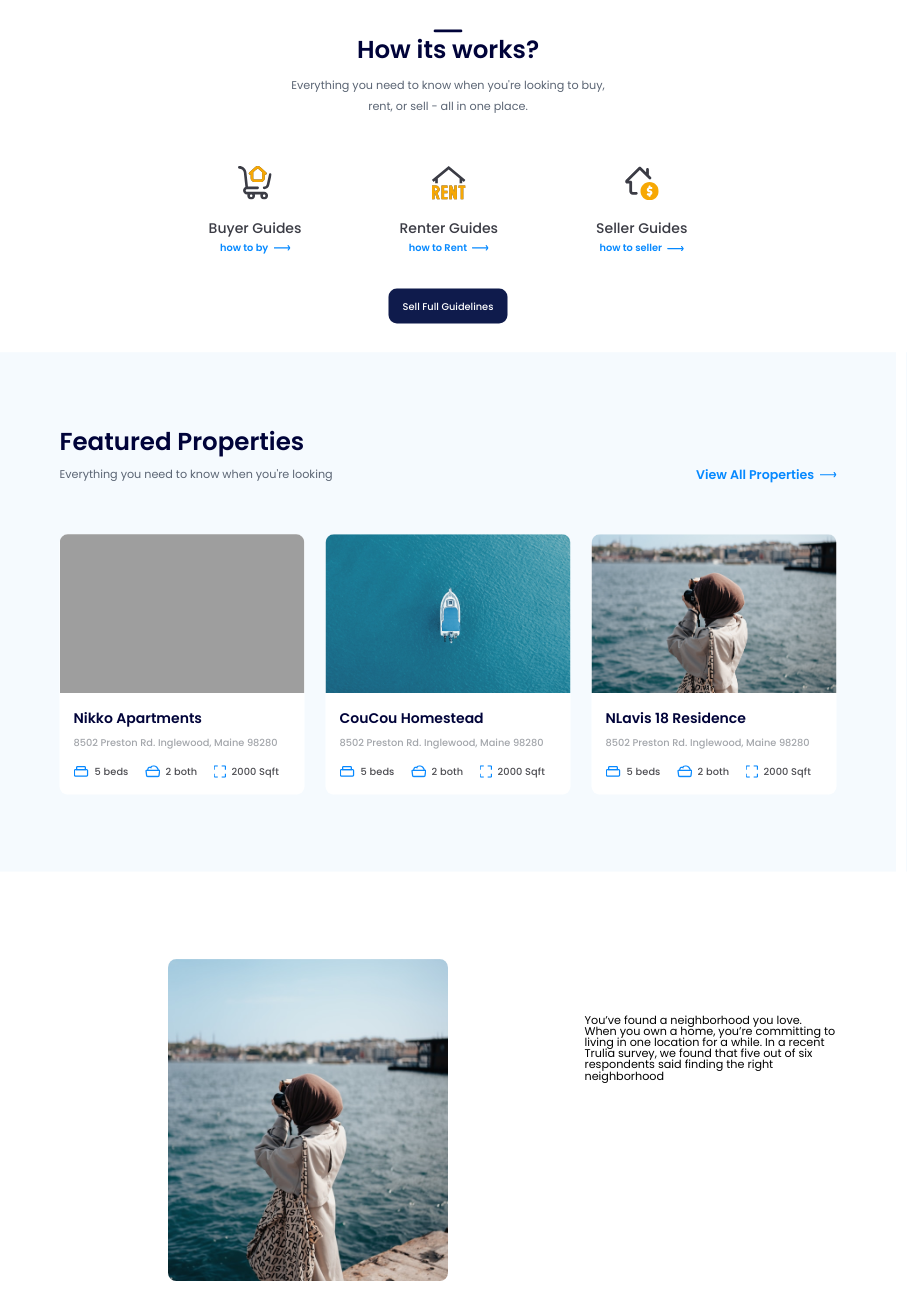
Repository: Kazuto-2004/f8-htmlcss-01
Page: index.html
These files come from the project's save history. The page is drawn as it stood at one moment and after the next save; the edit follows.
The browser window is 1280 px wide. The page is 1295 px wide, so the pictures cover 1295 px, including what lies to the right of the window. The pictures show the part of the page from y = 1193 to 3073 px (the page is 3073 px tall), at 70% of full size.
Pictures or frames that could not be fetched are drawn as grey boxes.

Above is the page before, as saved 2023-07-15 09:19:39.

After the next save:
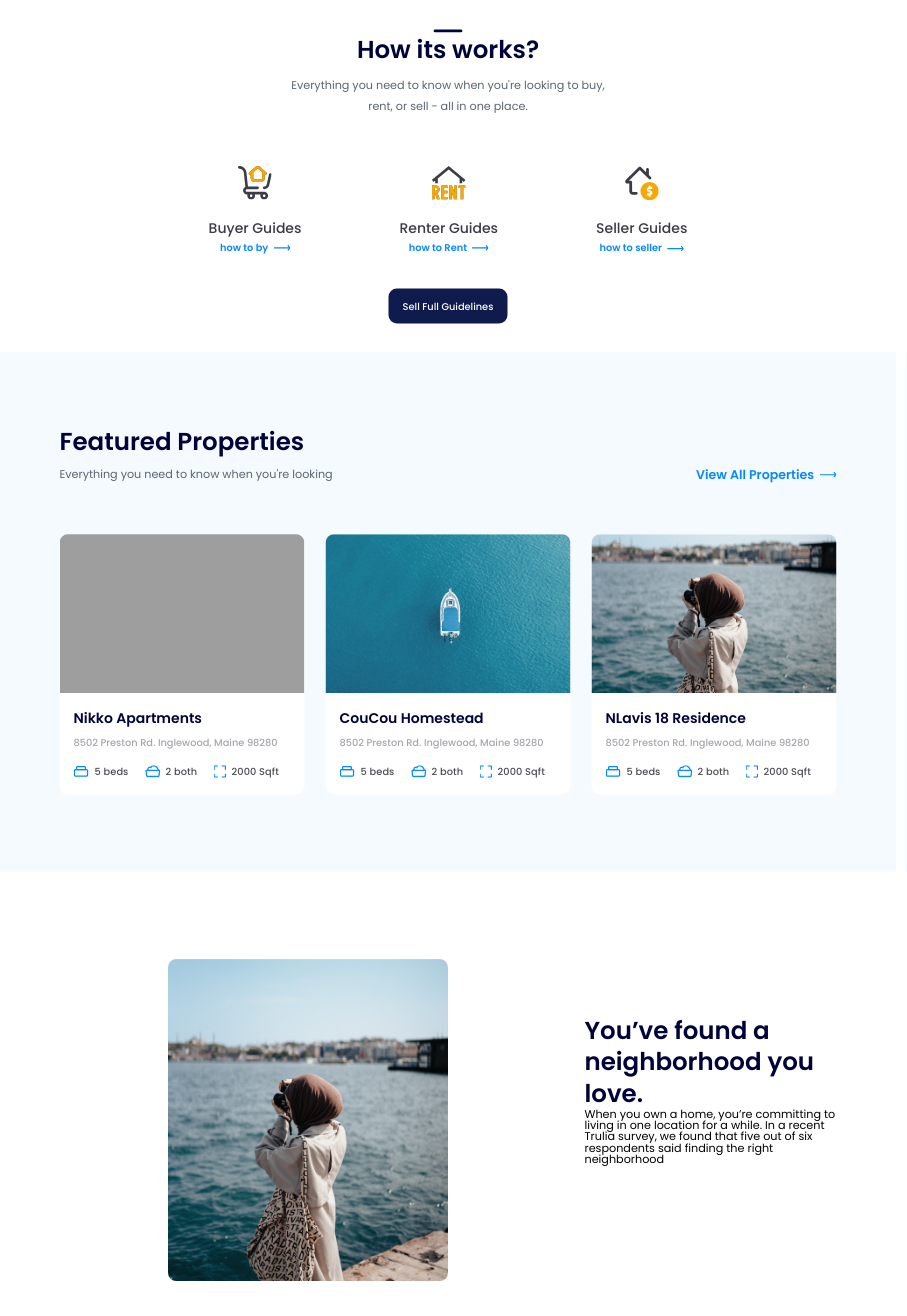
Saved 72 s later.
--- a/assets/css/styles.css
+++ b/assets/css/styles.css
@@ -368,3 +368,12 @@
  border-radius: 12px;
   object-fit: cover;
 }
+
+.stats .sub-title {
+    color: #000339;
+font-family: Poppins;
+font-size: 35px;
+font-style: normal;
+font-weight: 600;
+line-height: 45px; /* 128.571% */
+}
